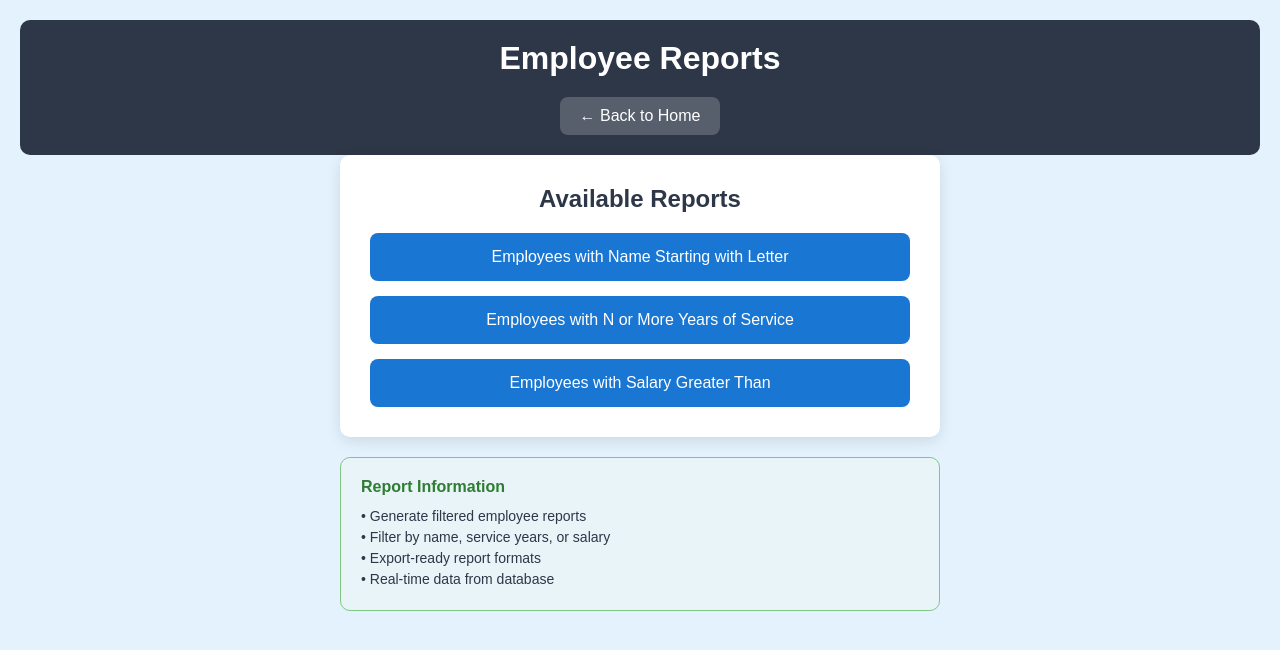
Repository: sweekrithishetty28/Employee_Salary_Management
Page: http://localhost/EmployeeWebApp/reports.jsp
The author's editor kept a copy of each file at every save. The page is drawn from the files as they stood at one save, then again after the next save.
The browser window is 1280 px wide. The pictures show the whole page.
The page is served by Tomcat 9. Other server files are loaded and not shown.

Above is the page before, as saved 2025-05-29 07:38:37.

### Employee Salary Mangement/EmployeeWebApp/src/main/webapp/reports.jsp
<%@ page contentType="text/html;charset=UTF-8" language="java" %>
<html>
<head>
<meta charset="UTF-8">
<title>Employee Reports</title>
<style>
* { margin: 0; padding: 0; box-sizing: border-box; }
body {
    font-family: Arial, sans-serif;
    background: #e3f2fd;
    min-height: 100vh;
    padding: 20px;
}
.container {
    width: 100%;
    max-width: 600px;
    margin: 0 auto;
    display: flex;
    flex-direction: column;
    gap: 20px;
}
.header {
    background: #2d3748;
    color: white;
    padding: 20px;
    border-radius: 10px;
    text-align: center;
}
.reports-section {
    background: white;
    padding: 30px;
    border-radius: 10px;
    box-shadow: 0 4px 15px rgba(0,0,0,0.1);
}
h2 {
    color: #2d3748;
    margin-bottom: 20px;
    text-align: center;
}
.report-link {
    display: block;
    background: #1976d2;
    color: white;
    text-decoration: none;
    padding: 15px 20px;
    margin-bottom: 15px;
    border-radius: 8px;
    transition: all 0.3s ease;
    font-weight: 500;
    text-align: center;
}
.report-link:hover {
    background: #1565c0;
    transform: translateY(-2px);
    box-shadow: 0 4px 15px rgba(25, 118, 210, 0.4);
}
.report-link:last-child {
    margin-bottom: 0;
}
.back-link {
    display: inline-block;
    color: white;
    text-decoration: none;
    background: rgba(255,255,255,0.2);
    padding: 10px 20px;
    border-radius: 8px;
    margin-top: 20px;
    transition: all 0.3s ease;
    font-weight: 500;
    text-align: center;
}
.back-link:hover {
    background: rgba(255,255,255,0.3);
    transform: translateX(-5px);
}
.info-card {
    background: #e8f4f8;
    border: 1px solid #81c784;
    border-radius: 10px;
    padding: 20px;
}
.info-card h4 {
    color: #2e7d32;
    margin-bottom: 10px;
}
.info-card p {
    color: #2d3748;
    font-size: 14px;
    line-height: 1.5;
}
</style>
</head>
<body>
    <div class="header">
        <h1>Employee Reports</h1>
        <a href="index.jsp" class="back-link">← Back to Home</a>
    </div>

    <div class="container">
        <div class="reports-section">
            <h2>Available Reports</h2>

            <a href="report_form.jsp?action=NameFilter" class="report-link">
                 Employees with Name Starting with Letter
            </a>

            <a href="report_form.jsp?action=ServiceFilter" class="report-link">
                Employees with N or More Years of Service
            </a>

            <a href="report_form.jsp?action=SalaryFilter" class="report-link">
                 Employees with Salary Greater Than
            </a>
        </div>

        <div class="info-card">
            <h4>Report Information</h4>
            <p>• Generate filtered employee reports<br>
            • Filter by name, service years, or salary<br>
            • Export-ready report formats<br>
            • Real-time data from database</p>
        </div>
    </div>
</body>
</html>

After the next save:
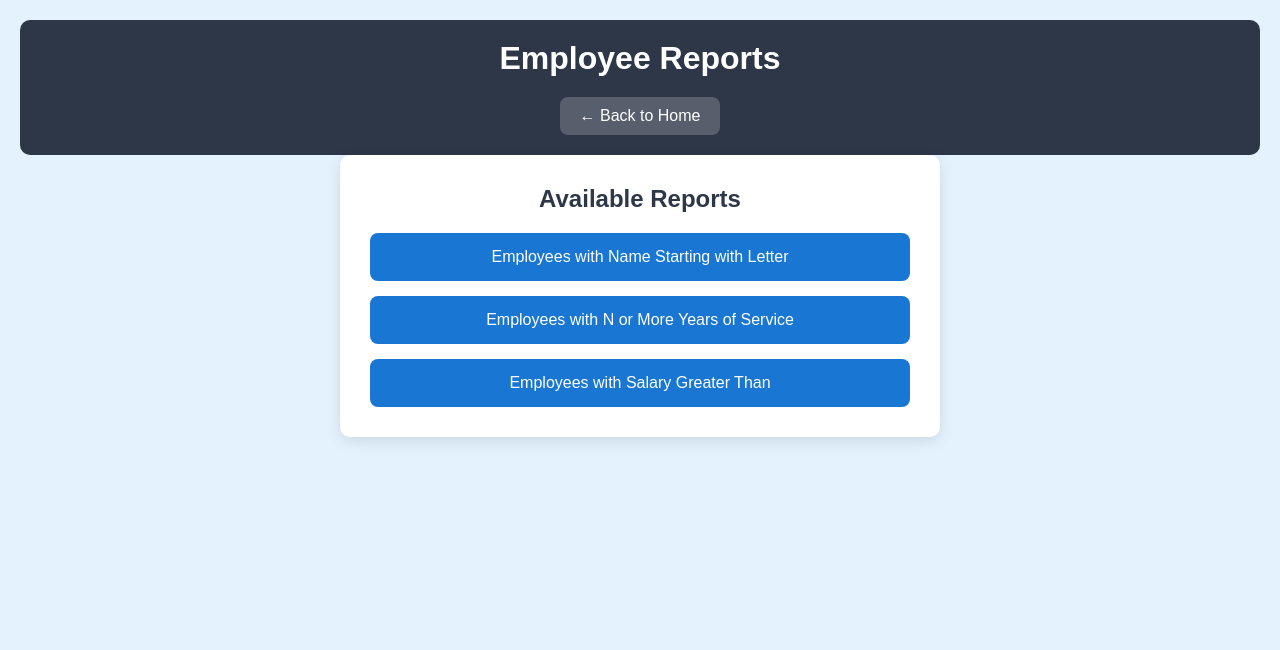
Saved 25 s later.
--- a/Employee Salary Mangement/EmployeeWebApp/src/main/webapp/reports.jsp
+++ b/Employee Salary Mangement/EmployeeWebApp/src/main/webapp/reports.jsp
@@ -73,21 +73,7 @@ h2 {
     background: rgba(255,255,255,0.3);
     transform: translateX(-5px);
 }
-.info-card {
-    background: #e8f4f8;
-    border: 1px solid #81c784;
-    border-radius: 10px;
-    padding: 20px;
-}
-.info-card h4 {
-    color: #2e7d32;
-    margin-bottom: 10px;
-}
-.info-card p {
-    color: #2d3748;
-    font-size: 14px;
-    line-height: 1.5;
-}
+
 </style>
 </head>
 <body>
@@ -113,13 +99,7 @@ h2 {
             </a>
         </div>
 
-        <div class="info-card">
-            <h4>Report Information</h4>
-            <p>• Generate filtered employee reports<br>
-            • Filter by name, service years, or salary<br>
-            • Export-ready report formats<br>
-            • Real-time data from database</p>
-        </div>
+
     </div>
 </body>
 </html>
